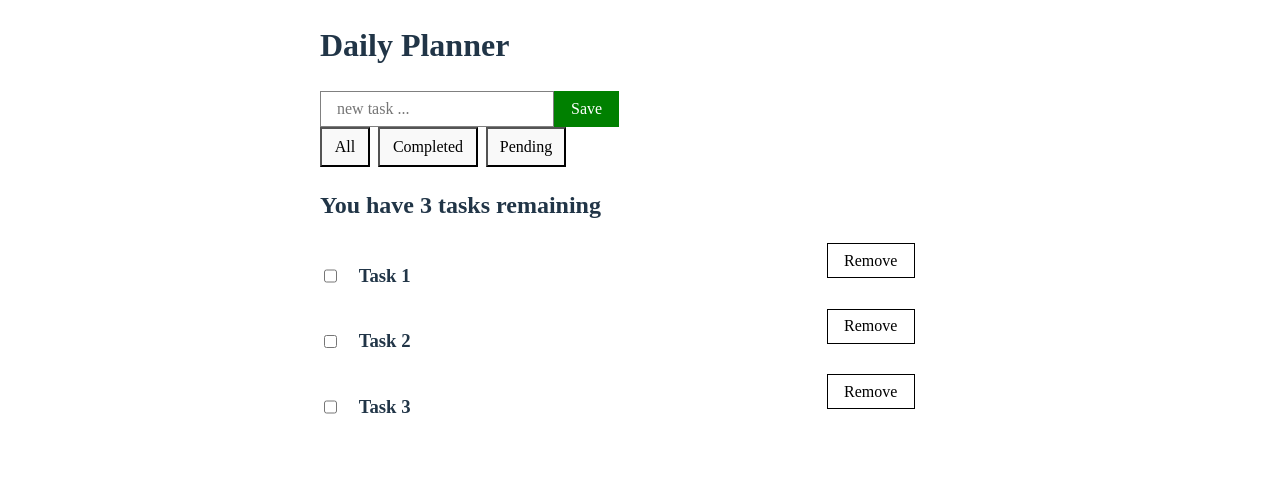
Repository: SamanthaYan298/my_planner
Page: /
The author's editor kept a copy of each file at every save. The page is drawn from the files as they stood at one save, then again after a run of saves.
The browser window is 1280 px wide. The pictures show the whole page.
The project was rebuilt for these pictures with package versions that can differ from the ones it lists, and the page was loaded fresh each time. Also part of the build but not shown: vite.config.js.

Above is the page before, as saved 2024-10-25 00:46:09.

### src/App.jsx
import { useState } from 'react'
import './App.css'

const data = [
  {
    id: 1,
    title: 'Task 1',
    checked: false
  },
  {
    id: 2,
    title: 'Task 2',
    checked: false
  },
  {
    id: 3,
    title: 'Task 3',
    checked: false // set default display as none
  }
]

function App() {

  const [tasks, setTasks] = useState(""); // hold the current list of tasks and update the tasks.
  const [addTask, setAddTask] = useState(data);
  const currentTasks = addTask.filter(task => !task.checked).length;

  function handleChange(e) {
    setTasks(e.target.value);
  }

  function handleAddTask(e) {
    e.preventDefault();
    // helps ensure that users only add text-format tasks, not whitespace.
    if(tasks.trim()) {
      setAddTask([...addTask, {id: addTask.length + 1, title: tasks}]);
      setTasks(''); // clear the input after adding new tasks.
    }
  }

  function handleDelete(taskId) {
    setAddTask(addTask.filter(task => task.id !== taskId)); // filter tasks by their Ids.
  }

  function toggleChecked(id) {
    setAddTask(addTask.map(task =>
      task.id === id ? {...task, checked: !task.checked} : task
    ));
  }

  return (
    <>
      <div className='main'>
        <h1>Daily Planner</h1>

        {/* form */}
        <form onSubmit={handleAddTask}>
          <input
            type="text"
            className='form-input'
            placeholder='new task ...'
            value={tasks}
            onChange={handleChange}
          />
          <button className='form-btn'>Save</button>
        </form>

        <div className='buttons'>
          <button className='list-btn-all'>All</button>
          <button className='list-btn-completed'>Completed</button>
          <button className='list-btn-pending'>Pending</button>
        </div>

        <h2>You have {currentTasks} tasks remaining</h2>

        {/* task list */}
        <div>
          {addTask.map(task => (
            <div className='task-list' key={task.id}>
              <input
                type="checkbox"
                checked={task.checked}
                onChange={() => toggleChecked(task.id)}
              />
              <h3 className={task.checked ? 'checked' : ''}>{task.title}</h3>
              <button className='task-btn' onClick={() => handleDelete(task.id)}>Remove</button>
          </div>
          ))}
        </div>

      </div>
    </>
  )
}

export default App

### src/index.css
:root {
  font-family: Inter, system-ui, Avenir, Helvetica, Arial, sans-serif;
  line-height: 1.5;
  font-weight: 400;

  color-scheme: light dark;
  color: rgba(255, 255, 255, 0.87);
  background-color: #242424;

  font-synthesis: none;
  text-rendering: optimizeLegibility;
  -webkit-font-smoothing: antialiased;
  -moz-osx-font-smoothing: grayscale;
}

a {
  font-weight: 500;
  color: #646cff;
  text-decoration: inherit;
}
a:hover {
  color: #535bf2;
}

body {
  margin: 0;
  display: flex;
  flex-direction: column;
  align-items: flex-start;
  justify-content: flex-start;
  min-width: 320px;
  min-height: 100vh;
  padding-top: 0;
  text-align: left;
  left: 0;
}


/* h1 {
  font-size: 3.2em;
  line-height: 1.1;
} */

/* button {
  border-radius: 8px;
  border: 1px solid transparent;
  padding: 0.6em 1.2em;
  font-size: 1em;
  font-weight: 500;
  font-family: inherit;
  background-color: #1a1a1a;
  cursor: pointer;
  transition: border-color 0.25s;
}
button:hover {
  border-color: #646cff;
}
button:focus,
button:focus-visible {
  outline: 4px auto -webkit-focus-ring-color;
} */

@media (prefers-color-scheme: light) {
  :root {
    color: #213547;
    background-color: #ffffff;
  }
  a:hover {
    color: #747bff;
  }
  button {
    background-color: #f9f9f9;
  }
}

### src/App.css
#root {
  max-width: 100%;
  margin-left: 20em;
  padding: 0;
  top: 0;
  font-family: "Playfair Display", serif;
}

.main {
  text-align: left;
}

.task-list {
  display: flex;
  flex-direction: row;
}

.form-btn {
  background-color: green;
  border: 1px solid green;
  color: white;
  padding: 0.5em 1em;
  font-family: "Playfair Display", serif;
  font-size: 1em;
}

.task-btn {
  border: 1px solid;
  background-color: white;
  width: 5.5em;
  height: 2.2em;
  font-family: "Playfair Display", serif;
  font-size: 1em;
  cursor: pointer;
}

.form-input {
  padding: 0.5em 1em;
  border: 1px solid;
  height: 1.15em;
  font-family: "Playfair Display", serif;
  color: grey;
  font-size: 1em;
}

div h3 {
  margin-left: 1em;
  min-width: 25em;
}

.checked {
  color: grey;
  text-decoration: line-through;
}

.buttons {
  display: flex;
  gap: 8px;
}

.list-btn-all,
.list-btn-completed,
.list-btn-pending {
  height: 40px;
  font-family: "Playfair Display", serif;
  font-size: 1em;
}

.list-btn-all {
  width: 50px;
}

.list-btn-completed {
  width: 100px;
}

.list-btn-pending {
  width: 80px;
}

Loaded but not shown: index.html (common file); src/main.jsx (common file)

After the next 2 saves:
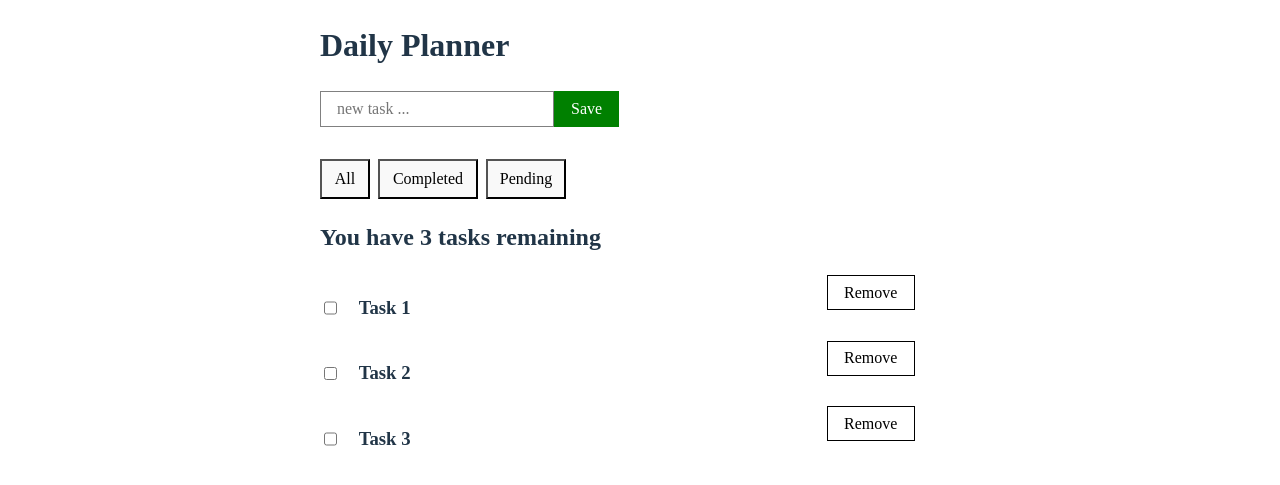
The 2 saves are shown as one change because they came seconds apart.
The last was saved 28 s later.
--- a/src/App.css
+++ b/src/App.css
@@ -56,6 +56,7 @@ div h3 {
 .buttons {
   display: flex;
   gap: 8px;
+  padding-top: 2em;
 }
 
 .list-btn-all,
